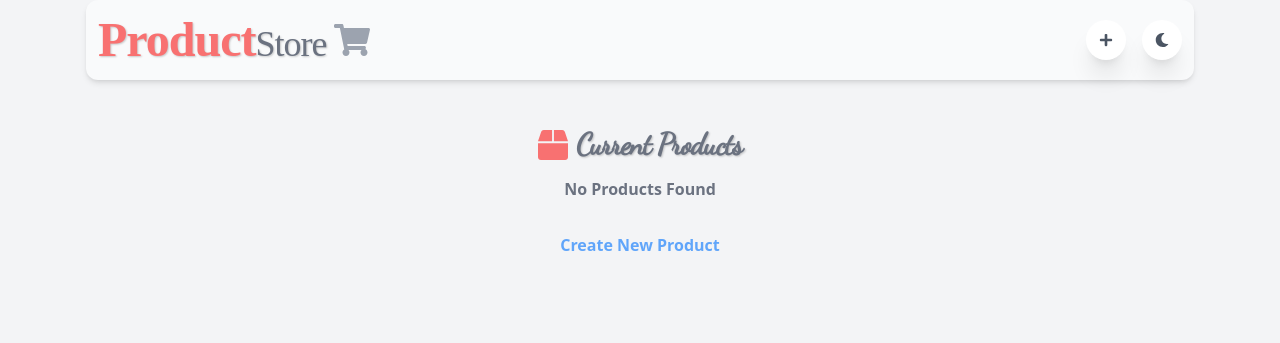
Repository: xarrkhan001/Mern-stack-Project
Page: / (app in frontend/)
The author's editor kept a copy of each file at every save. The page is drawn from the files as they stood at one save, then again after the next save.
The browser window is 1280 px wide. The pictures show the whole page.
The project was rebuilt for these pictures with package versions that can differ from the ones it lists, and the page was loaded fresh each time. Also part of the build but not shown: frontend/vite.config.js, frontend/src/store/product.js, frontend/src/pages/CreatePage.jsx.

Above is the page before, as saved 2025-03-06 14:41:42.

### frontend/src/main.jsx
import React from "react";
import { BrowserRouter } from "react-router-dom";
import ReactDOM from "react-dom";
import "./index.css";
import App from "./App";

ReactDOM.render(
  <React.StrictMode>
    <BrowserRouter>
      <App />
    </BrowserRouter>
  </React.StrictMode>,
  document.getElementById("root")
);

### frontend/src/index.css
@import url('https://fonts.googleapis.com/css2?family=Dancing+Script&display=swap');


@tailwind base;
@tailwind components;
@tailwind utilities;

### frontend/src/App.jsx
import React from "react";
import { Routes, Route } from "react-router-dom";
import HomePage from "./pages/HomePage";
import CreatePage from "./pages/CreatePage";
import Navbar from "./components/Navbar";

const App = () => {
  return (
    <>
      <div className="min-h-[100vh] bg-gray-100 dark:bg-gray-900 dark:text-white">
        {" "}
        {/* Lighter background color */}
        <Navbar />
        <Routes>
          <Route path="/" element={<HomePage />} />
          <Route path="/create" element={<CreatePage />} />
        </Routes>
      </div>
    </>
  );
};

export default App;

### frontend/src/pages/HomePage.jsx
import React from "react";
import { FaBox } from "react-icons/fa"; // Example icon from react-icons
import { Link } from "react-router-dom"; // Import Link for routing

const HomePage = () => {
  return (
    <div className="max-w-xl py-12 mx-auto text-center">
      <h1 className="text-3xl text-red-400 flex justify-center items-center space-x-2">
        <FaBox />
        <span
          className="text-gray-500 font-bold"
          style={{
            fontFamily: "'Dancing Script', cursive",
            letterSpacing: "-1px",
            lineHeight: "1.1",
            textShadow: "1px 1px 2px rgba(0, 0, 0, 0.2)",
            WebkitFontSmoothing: "antialiased",
            MozOsxFontSmoothing: "grayscale",
          }}
        >
          Current Products
        </span>
      </h1>

      {/* No Products Found Text */}
      <p className="text-gray-500 mt-4 font-semibold">No Products Found</p>

      {/* Create New Product Button */}
      <div className="mt-6">
        <Link to="/create">
          <button className="px-6 py-2 text-blue-400 font-semibold ">
            Create New Product
          </button>
        </Link>
      </div>
    </div>
  );
};

export default HomePage;

### frontend/src/components/Navbar.jsx
import React, { useState, useEffect } from "react";
import { Link } from "react-router-dom";
import { FaPlus, FaShoppingCart, FaSun, FaMoon } from "react-icons/fa";

const Navbar = () => {
  const [isDarkMode, setIsDarkMode] = useState(false);

  useEffect(() => {
    const savedTheme = localStorage.getItem("theme");
    if (savedTheme) {
      setIsDarkMode(savedTheme === "dark");
    }
  }, []);

  const toggleDarkMode = () => {
    setIsDarkMode((prevMode) => {
      const newMode = !prevMode;
      localStorage.setItem("theme", newMode ? "dark" : "light");
      return newMode;
    });
  };

  useEffect(() => {
    if (isDarkMode) {
      document.documentElement.classList.add("dark");
    } else {
      document.documentElement.classList.remove("dark");
    }
  }, [isDarkMode]);

  return (
    <div className="max-w-[1140px] px-4 mx-auto">
      {/* Navbar container */}
      <div
        className={`flex items-center justify-between h-20 p-3 rounded-xl shadow-md text-black dark:text-white ${
          isDarkMode ? "bg-transparent dark:bg-gray-800" : "bg-gray-50"
        }`}
      >
        {/* Left side - ProductStore logo */}
        <Link to="/" className="flex items-center space-x-1 sm:space-x-2">
          <span
            className="font-logo text-4xl sm:text-5xl tracking-tight text-red-500 dark:text-gray-100"
            style={{
              fontFamily: " cursive",
              letterSpacing: "-1px",
              lineHeight: "1.1",
              textShadow: "1px 1px 2px rgba(0, 0, 0, 0.2)",
              WebkitFontSmoothing: "antialiased",
              MozOsxFontSmoothing: "grayscale",
            }}
          >
            <span className="text-4xl sm:text-5xl font-semibold text-red-400 dark:text-red-400">
              Product
            </span>
            <span className="text-3xl sm:text-4xl text-gray-500 dark:text-gray-400">
              Store
            </span>
          </span>
          <FaShoppingCart className="text-3xl sm:text-4xl text-gray-400 dark:text-gray-300 ml-1 sm:ml-2" />
        </Link>

        {/* Right side - Icons */}
        <div className="flex items-center space-x-2 sm:space-x-4">
          {/* Plus Icon */}
          <Link to="/create">
            <button className="w-8 h-8 sm:w-10 sm:h-10 bg-white dark:bg-gray-500 text-gray-600 dark:text-white rounded-full flex items-center justify-center transform hover:scale-125 transition-all duration-300 shadow-xl hover:shadow-2xl focus:outline-none">
              <FaPlus size={14} />
            </button>
          </Link>

          {/* Dark/Light Mode Toggle Icon */}
          <button
            onClick={toggleDarkMode}
            className="w-8 h-8 sm:w-10 sm:h-10 bg-white dark:bg-gray-500 text-[#FF4081] dark:text-white rounded-full flex items-center justify-center transform hover:scale-125 transition-all duration-300 shadow-xl hover:shadow-2xl focus:outline-none"
          >
            {isDarkMode ? (
              <FaSun size={14} className="text-yellow-500 sm:text-16" />
            ) : (
              <FaMoon size={14} className="text-gray-600 sm:text-16" />
            )}
          </button>
        </div>
      </div>
    </div>
  );
};

export default Navbar;

### frontend/tailwind.config.js
/** @type {import('tailwindcss').Config} */
export default {
  content: ["./index.html", "./src/**/*.{js,ts,jsx,tsx}"],
  theme: {
    extend: {},
  },
  darkMode: "class", // Enable dark mode via the 'dark' class
  plugins: [],
};

Loaded but not shown: frontend/index.html (common file)

After the next save:
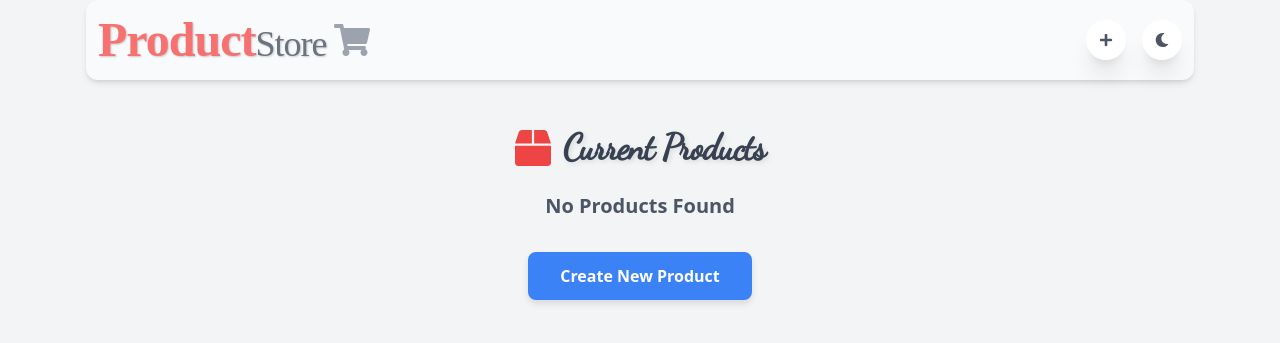
Saved 40 s later.
--- a/frontend/src/pages/HomePage.jsx
+++ b/frontend/src/pages/HomePage.jsx
@@ -4,16 +4,17 @@
 
 const HomePage = () => {
   return (
-    <div className="max-w-xl py-12 mx-auto text-center">
-      <h1 className="text-3xl text-red-400 flex justify-center items-center space-x-2">
-        <FaBox />
+    <div className="max-w-2xl py-12 mx-auto text-center">
+      {/* Title Section */}
+      <h1 className="text-4xl text-red-500 flex justify-center items-center space-x-3 font-bold">
+        <FaBox className="text-4xl" />
         <span
-          className="text-gray-500 font-bold"
+          className="text-gray-700 font-bold"
           style={{
             fontFamily: "'Dancing Script', cursive",
             letterSpacing: "-1px",
             lineHeight: "1.1",
-            textShadow: "1px 1px 2px rgba(0, 0, 0, 0.2)",
+            textShadow: "2px 2px 5px rgba(0, 0, 0, 0.1)",
             WebkitFontSmoothing: "antialiased",
             MozOsxFontSmoothing: "grayscale",
           }}
@@ -23,12 +24,19 @@
       </h1>
 
       {/* No Products Found Text */}
-      <p className="text-gray-500 mt-4 font-semibold">No Products Found</p>
+      <p className="text-gray-600 mt-6 text-xl font-semibold">
+        No Products Found
+      </p>
 
       {/* Create New Product Button */}
-      <div className="mt-6">
+      <div className="mt-8">
         <Link to="/create">
-          <button className="px-6 py-2 text-blue-400 font-semibold ">
+          <button
+            className="px-8 py-3 text-white bg-blue-500 hover:bg-blue-600 font-semibold rounded-lg shadow-md transform transition duration-200 ease-in-out hover:scale-105"
+            style={{
+              boxShadow: "0 4px 6px rgba(0, 0, 0, 0.1)",
+            }}
+          >
             Create New Product
           </button>
         </Link>
